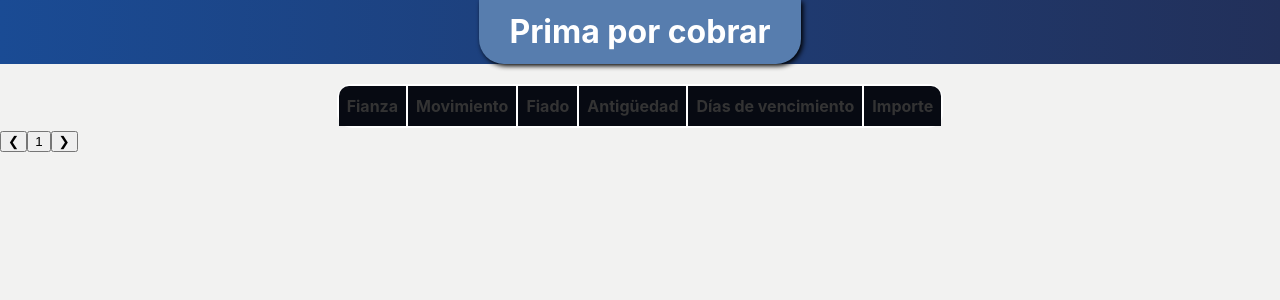
Repository: PCGP22/prueba-t-cnica-liberty-finanzas
Page: / (app in Prueba técnica full-stack/client/)
These files come from the project's save history. The page is drawn as it stood at one moment and after the next save; the edit follows.
The browser window is 1280 px wide. The pictures show the whole page.
The pointer rests on the first visible `table tr:nth-child(2n-1)`.
The page's requests for data from a server got no answer. The project was rebuilt for these pictures with package versions that can differ from the ones it lists, and the page was loaded fresh each time. No one was signed in, and anything a server would have sent is missing. Also part of the build but not shown: Prueba técnica full-stack/client/vite.config.js, Prueba técnica full-stack/client/src/components/Card.jsx, Prueba técnica full-stack/client/src/components/CardsContainer.jsx, Prueba técnica full-stack/client/src/components/Filters.jsx.

Above is the page before, as saved 2023-11-14 08:17:07.

### Prueba técnica full-stack/client/src/App.jsx
import { dataContext } from "./context/dataContext";
import Table from "./components/Table";
import { useEffect, useReducer } from "react";
import Pagination from "./components/pagination";
import reducer from "./hooks/Reducer";
import Header from "./components/Header";

function App() {
  let url = "http://localhost:5000/primas";
  const initialState = {
    backupData: {},
    data: {},
    dataToShow: {},
    currentPage: 1,
    maxPages: 1,
    contentPerPage: 8,
  };

  const [state, dispatch] = useReducer(reducer, initialState);
  useEffect(() => {
    fetch(url)
      .then((res) => res.json())
      .then((data) => dispatch({ type: "initialize", payload: data.primas }));
  }, [url]);

  return (
    <dataContext.Provider value={[state, dispatch]}>
      <Header />
      <Table />
      <Pagination />
    </dataContext.Provider>
  );
}

export default App;

### Prueba técnica full-stack/client/src/index.css
:root {
  font-family: Inter, system-ui, Avenir, Helvetica, Arial, sans-serif;
  line-height: 1.5;
  font-weight: 400;
  --background-color: #f2f2f1;
  --darkest-blue: #22305a;
  --blue: #1a4b94;
  --light-blue: #577dae;
  --lightest-blue: #9fbde4;
  --status-red: #de7878;
  --status-yellow: #f6c476;
  --status-green: #8fc475;
  --icon-red: #b93d3d;
  --icon-green: #6cb85d;
  --text-blue: #3a689d;
  --text-red:  #af2e2c;
  --box-shadow: black 2px 2px 5px;
}
body, h1{
  margin: 0;
  padding: 0;
}
body{
  background-color:var(--background-color);
}
header{
  display: flex;
  flex-direction: column;
  align-items: center;
}
h1{
  display: inline-block;
  padding: 8px 30px;
  border-radius: 0 0 25px 25px;
  background-color: var(--light-blue);
  color:white;
  text-align: center;
  box-shadow: var(--box-shadow);
}

header{
  background-image: linear-gradient(to right,var(--blue), var(--darkest-blue));
  width: 100%;
}

.filters{
  margin-top: 40px;
  display: flex;
  gap: 40px;
  align-self: flex-start;
  padding-left: 5%;
}
.filters select{
  height: 40px;
  font-size: larger;
  border-radius: 5px;
  border: black 2px solid;
}

.cards{
  padding: 2% 5%;
  box-sizing: border-box;
  display: flex;
  justify-content: space-between;
  width: 100%;
}

.cards figure{
  background-color: var(--background-color);
  min-width: 250px;
  padding: 0.5% 2%;
  border-radius: 10px;
  box-shadow: var(--box-shadow);
}

.cards figure h3{
  margin: 0;
}

.cards figure > p{
  font-size: 1.8em;
  text-align: center;
}

.cards div{
  display: inline-flex;
  flex-wrap: wrap;
  max-width: 40%;
  align-items: center;
  justify-content: center;
  gap:20px;
}

.cards div p {
  margin: 0;
}

.cards div p:first-of-type {
  font-size: 1.5em;
}

.cards div p:last-of-type{
  font-size: 1.2em;
  margin: 0;
}

.icon{
  background-image: linear-gradient(to right,var(--blue), var(--darkest-blue));
  font-size: 1.5em;
  padding: 4px;
  border-radius: 50%;
}
.positive{
  color:var(--text-blue);
  margin-right: 20px;
}
.negative{
  color:var(--text-red);
  margin-left:20px;
}
.cross{
  color: var(--icon-red)
}
.check{
  color: var(--icon-green)
}

table{
  margin: auto;
  margin-top: 20px;
  background-color:white;
  border-radius:15px;
}
table tr:first-child{
  background-color:var(--darkest-blue);
  color:white;
}

table tr th:first-child{
  border-radius:10px 0 0 0;
}

table tr th:last-child{
  border-radius: 0 10px  0 0;
}
table tr th{
  padding: 8px;
}

td{
  padding: 2px 8px;
  border-spacing: 0;
  border-collapse: collapse;
  border: black solid 1px;
}

table tr:nth-child(2n){
  background-color:var(--lightest-blue)
}

table tr:nth-child(2n):hover{
  filter:brightness(120%)
}
table tr:nth-child(2n-1):hover{
  /* color:red; */
  filter:brightness(20%)
}

### Prueba técnica full-stack/client/src/context/dataContext.js
import { createContext } from "react";

export const dataContext = createContext();

### Prueba técnica full-stack/client/src/components/Table.jsx
import { calculateAntiquityInDays } from "../utils/utils";
import { useContext } from "react";
import { dataContext } from "../context/dataContext";

function Table() {
  const [state, dispatch] = useContext(dataContext);

  return (
    <table>
      <tbody>
        <tr>
          <th>Fianza</th>
          <th>Movimiento</th>
          <th>Fiado</th>
          <th>Antigüedad</th>
          <th>Días de vencimiento</th>
          <th>Importe</th>
        </tr>
        {state.dataToShow.length > 0 &&
          state.dataToShow.map((t) => {
            let antiquity = calculateAntiquityInDays(
              t.datos["fecha de emisión"]
            );
            let daysSinceStale = calculateAntiquityInDays(
              t.datos["fecha de vencimiento"]
            );
            if (daysSinceStale < 0) daysSinceStale = 0;
            return (
              <tr key={t.datos.código_de_fianza}>
                <td>{t.datos.código_de_fianza}</td>
                <td>{t.datos.tipo_de_movimiento}</td>
                <td>{t.datos.fiado}</td>
                <td>{antiquity}</td>
                <td>{daysSinceStale}</td>
                <td>${t.datos.importe.toLocaleString()}</td>
              </tr>
            );
          })}
      </tbody>
    </table>
  );
}

export default Table;

### Prueba técnica full-stack/client/src/components/pagination.jsx
import { useContext } from "react";
import { dataContext } from "../context/dataContext";

function Pagination() {
  const [state, dispatch] = useContext(dataContext);

  //   return <button onClick={() => dispatch({ type: "change" })}>Cambiar</button>;
  //   const { state.maxPages, state.currentPage, setstate.CurrentPage, setNextPage, setPrevPage } =
  // useContext(dataContext);
  //This pagination is somewhat complex because I've used it before in bigger proyects.
  //First, it initializes the pagination buttons to the first 6 numbers except for the number 1
  //The reason it doesn't includes the first page is because the first and last page buttons are always shown
  let pagesButtons = [2, 3, 4, 5, 6];
  //while the current page stays on the first three pages, show all first 6
  //The reason for the if, it's that I want the first 6 buttons to be shown when returning from the latest pages
  if (
    state.currentPage === 1 ||
    state.currentPage === 2 ||
    state.currentPage === 3
  ) {
    pagesButtons = [2, 3, 4, 5, 6];
  }
  //As soon as we change to page 4 or more, let's follow the current page and
  //add two buttons to the left and two to the right
  if (state.currentPage >= 4) {
    pagesButtons = [
      state.currentPage - 2,
      state.currentPage - 1,
      state.currentPage,
      state.currentPage + 1,
      state.currentPage + 2,
    ];
  }
  //When approaching to the right end of the pagination, show the last 5 pages
  if (
    state.currentPage === state.maxPages - 1 ||
    state.currentPage === state.maxPages - 2 ||
    state.currentPage === state.maxPages
  ) {
    //The reason it doesn't includes the last page is because the first and last page buttons are always shown
    pagesButtons = [
      state.maxPages - 5,
      state.maxPages - 4,
      state.maxPages - 3,
      state.maxPages - 2,
      state.maxPages - 1,
    ];
  }
  return (
    <section className="pagination">
      <button
        //About the class: When in first or last page the navigation chevrons will have a special class
        //The same happens when the button is the current page
        className={`${state.currentPage === 1 && "disabled"}`}
        onClick={() => dispatch({ type: "prevPage" })}>
        ❮
      </button>
      {/* First button, always shown */}
      <button
        className={`${state.currentPage === 1 && "disabled"}`}
        onClick={() => dispatch({ type: "setPage", payload: 1 })}>
        1
      </button>
      {/* Adds three dots in case the current page is bigger than 4*/}
      {state.currentPage > 4 && <p>•••</p>}
      {/* Map through all pages defined in the first part*/}
      {pagesButtons.map((p) => {
        if (p > 1 && p < state.maxPages)
          return (
            <button
              className={`${state.currentPage === p && "disabled"}`}
              key={p}
              onClick={() => dispatch({ type: "setPage", payload: p })}>
              {p}
            </button>
          );
      })}
      {/* Adds three dots in case the current page is getting closer to the right end*/}
      {state.currentPage < state.maxPages - 3 && <p>•••</p>}
      {/* If there's more than 1 page, show always the last page*/}
      {state.maxPages > 1 && (
        <button
          className={`${state.currentPage === state.maxPages && "disabled"}`}
          onClick={() =>
            dispatch({ type: "setPage", payload: state.maxPages })
          }>
          {state.maxPages}
        </button>
      )}
      <button
        className={`${state.currentPage === state.maxPages && "disabled"}`}
        onClick={() => dispatch({ type: "nextPage" })}>
        ❯
      </button>
    </section>
  );
}

export default Pagination;

### Prueba técnica full-stack/client/src/hooks/Reducer.js
function reducer(state, action) {
  function divideData(data, currentPage, state) {
    let dividedData = data.slice(
      (currentPage - 1) * state.contentPerPage,
      currentPage * state.contentPerPage
    );
    return dividedData;
  }
  function calculateMaxPages(data, state) {
    let maxPages = Math.ceil(data.length / state.contentPerPage);
    return maxPages;
  }
  const { type, payload } = action;
  switch (type) {
    case "initialize":
      return {
        ...state,
        backupData: payload,
        data: payload,
        dataToShow: divideData(payload, 1, state),
        maxPages: calculateMaxPages(payload, state),
      };
    case "prevPage":
      if (state.currentPage > 1) {
        return {
          ...state,
          currentPage: state.currentPage - 1,
          dataToShow: divideData(state.data, state.currentPage - 1, state),
        };
      } else return state;
    case "nextPage":
      if (state.currentPage < state.maxPages) {
        return {
          ...state,
          currentPage: state.currentPage + 1,
          dataToShow: divideData(state.data, state.currentPage + 1, state),
        };
      } else return state;
    case "setPage":
      return {
        ...state,
        currentPage: payload,
        dataToShow: divideData(state.data, payload, state),
      };
    case "filter":
      if (payload.filter === "") {
        return { ...state, dataToShow: state.backupData };
      } else
        return {
          ...state,
          dataToShow: state.backupData.filter(
            (d) => d[payload.type] === payload.filter
          ),
        };
    default:
      return state;
  }
}

export default reducer;

### Prueba técnica full-stack/client/src/components/Header.jsx
import CardsContainer from "./CardsContainer";
import Filters from "./Filters";

function Header() {
  return (
    <header>
      <h1>Prima por cobrar</h1>
      <Filters />
      <CardsContainer />
    </header>
  );
}

export default Header;

### Prueba técnica full-stack/client/src/utils/utils.js
//This function calculates how many days have passed since a date
export function calculateAntiquityInDays(date) {
  let parsedDate = parseDate(date);
  const CONSTANT_Ms_TO_DAYS = 86400000;
  let today = new Date();
  let comparisonDate = new Date(parsedDate);
  return Math.trunc((today - comparisonDate) / CONSTANT_Ms_TO_DAYS) - 1;
}

//transforms the date DD/MM/YYYY to an acceptable MM/DD/YYYY
function parseDate(date) {
  let stringToArray = date.split("/");
  let temp = stringToArray[0];
  stringToArray[0] = stringToArray[1];
  stringToArray[1] = temp;
  return stringToArray.join("/");
}

Loaded but not shown: Prueba técnica full-stack/client/index.html (common file); Prueba técnica full-stack/client/src/main.jsx (common file)

After the next save:
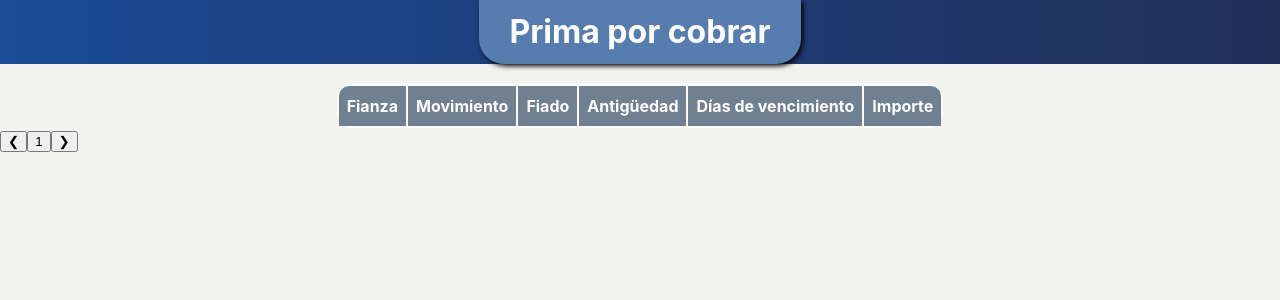
Saved 15 s later.
--- a/Prueba técnica full-stack/client/src/index.css
+++ b/Prueba técnica full-stack/client/src/index.css
@@ -163,5 +163,5 @@ table tr:nth-child(2n):hover{
 }
 table tr:nth-child(2n-1):hover{
   /* color:red; */
-  filter:brightness(20%)
+  background-color:slategray;
 }
